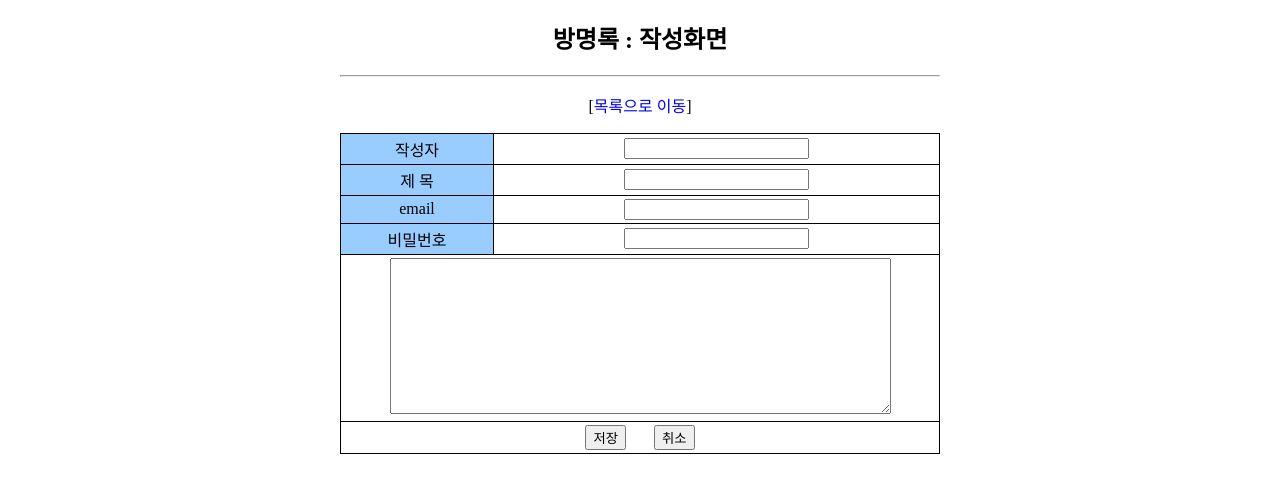
Repository: hagjun/jspstudy
Page: http://localhost/01_servlet/guestbook/delete.jsp
These files come from the project's save history. The page is drawn as it stood at one moment and after the next save; the edit follows.
The browser window is 1280 px wide. The pictures show the whole page.
The page is served by Tomcat 9. Other server files are loaded and not shown.

Above is the page before, as saved 2024-03-08 00:43:09.

### 01_servlet/src/main/webapp/guestbook/delete.jsp
<%@ page language="java" contentType="text/html; charset=UTF-8"
    pageEncoding="UTF-8"%>
<!DOCTYPE html>
<html>
<head>
<meta charset="UTF-8">
<title> 방 명 록 </title>
<script type="text/javascript">
	function save_go(f) {
		// 검사
		f.action = "/01_servlet/Guest";
		f.submit();
	}
</script>
<style type="text/css">
	a { text-decoration: none;}
	table{width: 600px; border-collapse:collapse; text-align: center;}
	table,th,td{border: 1px solid black; padding: 3px}
	div{width: 600px; margin:auto; text-align: center;}
</style>


</head>
<body>
	<div>
		<h2>방명록 : 작성화면</h2>
		<hr />
		<p>[<a href="/01_servlet/Guest?cmd=list">목록으로 이동</a>]</p>
		<form method="post">
			<table>
				<tr align="center">
					<td bgcolor="#99ccff">작성자</td>
					<td><input type="text" name="name" size ="20"/></td>
				</tr>
				<tr align="center">
					<td bgcolor="#99ccff">제  목</td>
					<td><input type="text" name="subject" size ="20"/></td>
				</tr>
				<tr align="center">
					<td bgcolor="#99ccff">email</td>
					<td><input type="text" name="email" size ="20"/></td>
				</tr>
				<tr align="center">
					<td bgcolor="#99ccff">비밀번호</td>
					<td><input type="password" name="pwd" size ="20"/></td>
				</tr>
				<tr align="center">
					<td colspan="2">
						<textarea rows="10" cols="60" name="content"></textarea>
					</td>
				</tr>
				<tfoot>
					<tr align="center">
						<td colspan="2">
							<input type="hidden" name="cmd" value="write_ok">
							<input type="button" value="저장"   onclick="save_go(this.form)" />
							&nbsp;&nbsp;&nbsp;&nbsp;&nbsp;
							<input type="reset" value="취소" />
						</td>
					</tr>
				</tfoot>
			</table>
		</form>
	</div>
</body>
</html>

After the next save:
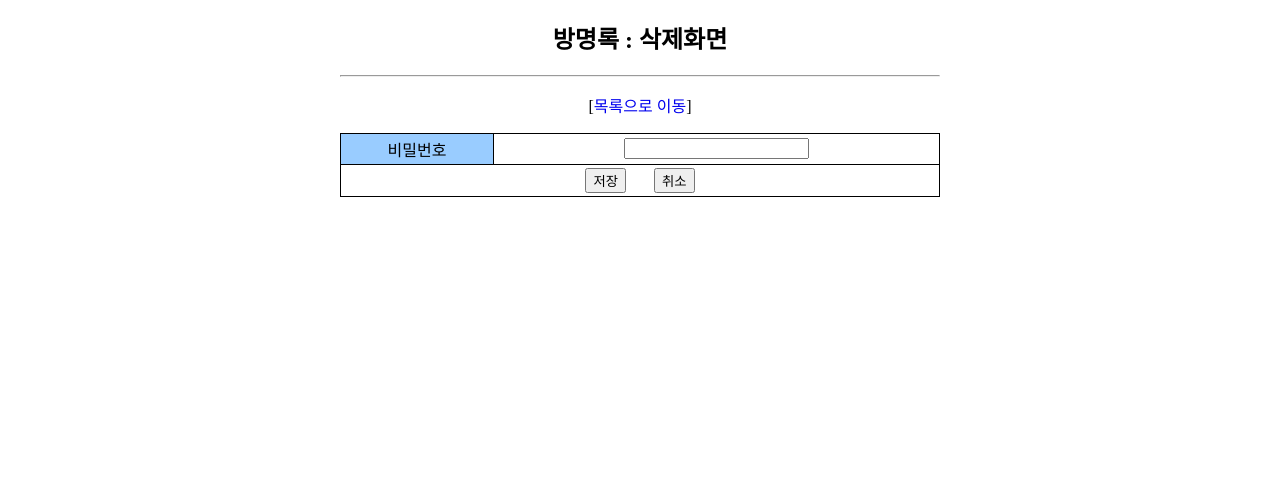
Saved 2 min 3 s later.
--- a/01_servlet/src/main/webapp/guestbook/delete.jsp
+++ b/01_servlet/src/main/webapp/guestbook/delete.jsp
@@ -5,13 +5,7 @@
 <head>
 <meta charset="UTF-8">
 <title> 방 명 록 </title>
-<script type="text/javascript">
-	function save_go(f) {
-		// 검사
-		f.action = "/01_servlet/Guest";
-		f.submit();
-	}
-</script>
+
 <style type="text/css">
 	a { text-decoration: none;}
 	table{width: 600px; border-collapse:collapse; text-align: center;}
@@ -23,32 +17,16 @@
 </head>
 <body>
 	<div>
-		<h2>방명록 : 작성화면</h2>
+		<h2>방명록 : 삭제화면</h2>
 		<hr />
 		<p>[<a href="/01_servlet/Guest?cmd=list">목록으로 이동</a>]</p>
 		<form method="post">
 			<table>
 				<tr align="center">
-					<td bgcolor="#99ccff">작성자</td>
-					<td><input type="text" name="name" size ="20"/></td>
-				</tr>
-				<tr align="center">
-					<td bgcolor="#99ccff">제  목</td>
-					<td><input type="text" name="subject" size ="20"/></td>
-				</tr>
-				<tr align="center">
-					<td bgcolor="#99ccff">email</td>
-					<td><input type="text" name="email" size ="20"/></td>
-				</tr>
-				<tr align="center">
 					<td bgcolor="#99ccff">비밀번호</td>
 					<td><input type="password" name="pwd" size ="20"/></td>
 				</tr>
-				<tr align="center">
-					<td colspan="2">
-						<textarea rows="10" cols="60" name="content"></textarea>
-					</td>
-				</tr>
+
 				<tfoot>
 					<tr align="center">
 						<td colspan="2">
